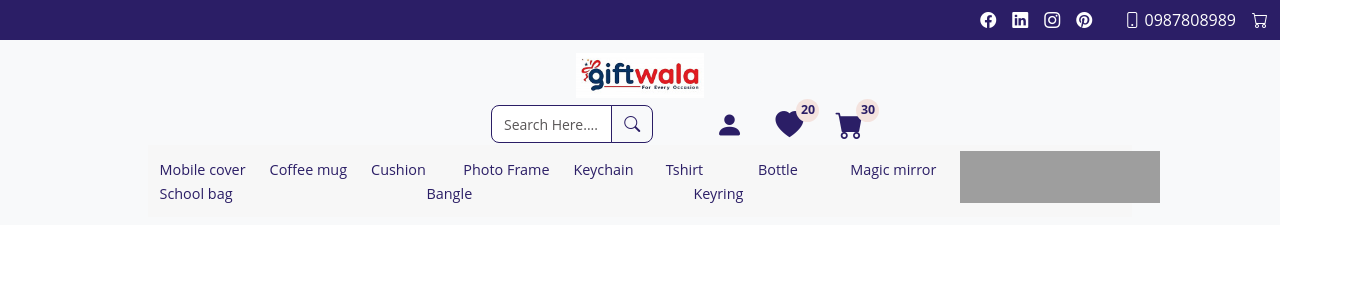
Repository: mangalravi/GiftWala
Page: index.html
These files come from the project's save history. The page is drawn as it stood at one moment and after the next save; the edit follows.
The browser window is 1280 px wide. The page is 1280 px wide, then 1366 px, so the pictures cover 1366 px, including what lies to the right of the window. The pictures show the whole page.
Pictures or frames that could not be fetched are drawn as grey boxes. The style sheet was rebuilt from its Sass, Less or Tailwind sources for each picture, by a compiler version that may differ from the author's.

Above is the page before, as saved 2024-07-07 17:38:49.

After the next save:
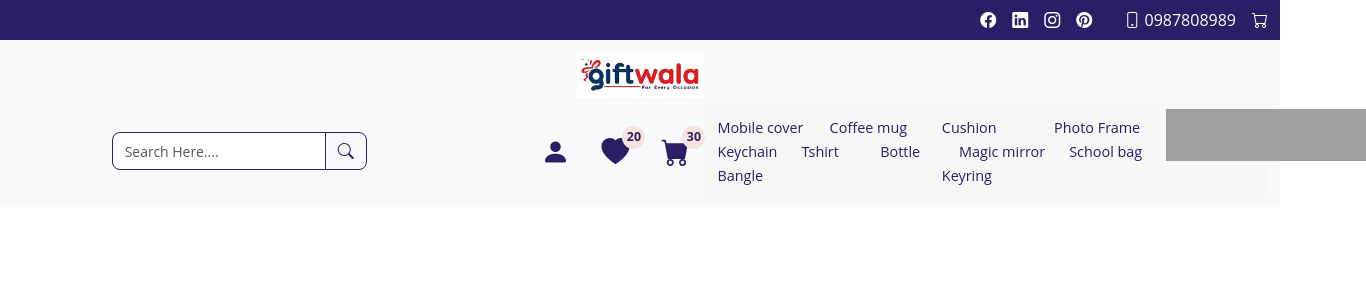
Saved 44 s later.
--- a/index.html
+++ b/index.html
@@ -180,32 +180,32 @@
                 </ul>
               </div>
             </div>
-          </div>
-          <div class="btmhdr">
-            <div class="container-fluid">
-              <div class="btmhdrnv">
-                <div class="row w-100">
-                  <div class="col-sm-10">
-                    <div class="row align-items-center">
-                      <div class="col"><a href="#">Mobile cover</a></div>
-                      <div class="col"><a href="#">Coffee mug</a></div>
-                      <div class="col"><a href="#">Cushion</a></div>
-                      <div class="col"><a href="#">Photo Frame</a></div>
-                      <div class="col"><a href="#">Keychain</a></div>
-                      <div class="col"><a href="#">Tshirt</a></div>
-                      <div class="col"><a href="#">Bottle</a></div>
-                      <div class="col"><a href="#">Magic mirror</a></div>
-                      <div class="col"><a href="#">School bag</a></div>
-                      <div class="col"><a href="#">Bangle</a></div>
-                      <div class="col"><a href="#">Keyring</a></div>
+            <div class="btmhdr">
+              <div class="container-fluid">
+                <div class="btmhdrnv">
+                  <div class="row w-100">
+                    <div class="col-sm-10">
+                      <div class="row align-items-center">
+                        <div class="col"><a href="#">Mobile cover</a></div>
+                        <div class="col"><a href="#">Coffee mug</a></div>
+                        <div class="col"><a href="#">Cushion</a></div>
+                        <div class="col"><a href="#">Photo Frame</a></div>
+                        <div class="col"><a href="#">Keychain</a></div>
+                        <div class="col"><a href="#">Tshirt</a></div>
+                        <div class="col"><a href="#">Bottle</a></div>
+                        <div class="col"><a href="#">Magic mirror</a></div>
+                        <div class="col"><a href="#">School bag</a></div>
+                        <div class="col"><a href="#">Bangle</a></div>
+                        <div class="col"><a href="#">Keyring</a></div>
+                      </div>
                     </div>
-                  </div>
-                  <div class="col-sm-2">
-                    <div class="position-relative">
-                      <a class="adbHeaderLink" href="#">
-                        <div class="left bg-express_delivery_1"></div>
-                        <input type="hidden" value="Delivery In 2 hours" />
-                      </a>
+                    <div class="col-sm-2">
+                      <div class="position-relative">
+                        <a class="adbHeaderLink" href="#">
+                          <div class="left bg-express_delivery_1"></div>
+                          <input type="hidden" value="Delivery In 2 hours" />
+                        </a>
+                      </div>
                     </div>
                   </div>
                 </div>
